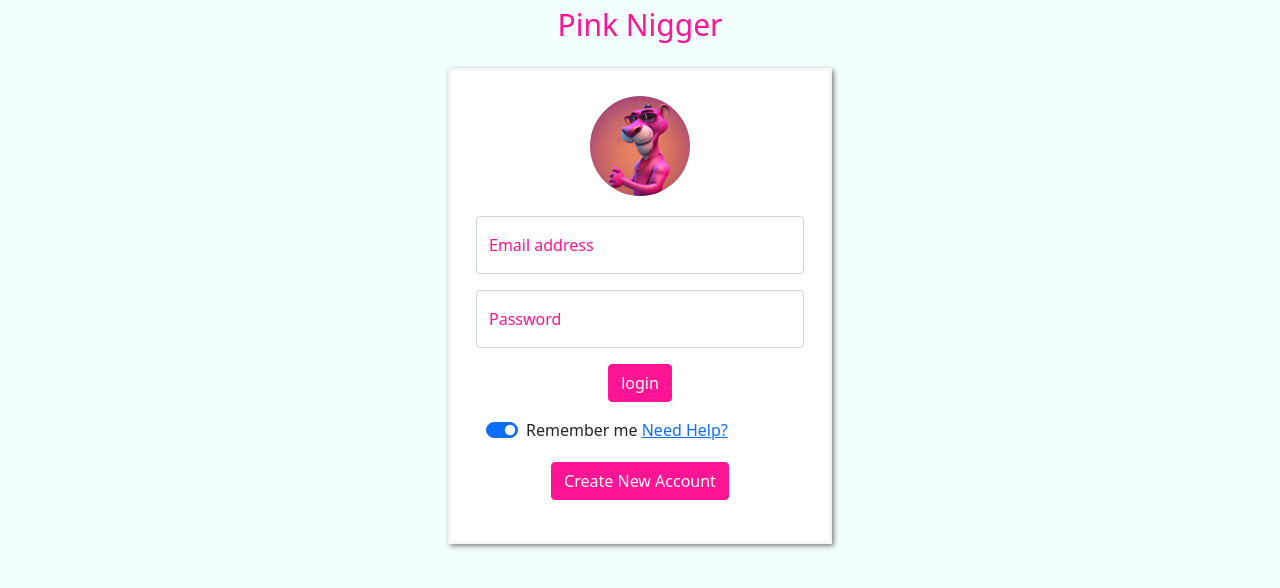
Repository: letscodeshivansh/MakeMyWork-MERN
Page: templates/Login.html
These files come from the project's save history. The page is drawn as it stood at one moment and after the next save; the edit follows.
The browser window is 1280 px wide. The pictures show the whole page.

Above is the page before, as saved 2024-05-31 01:26:15.

### templates/Login.html
<!doctype html>
<html lang="en">
  <head>
    <meta charset="utf-8">
    <meta name="viewport" content="width=device-width, initial-scale=1">

    <link href="https://cdn.jsdelivr.net/npm/bootstrap@5.0.2/dist/css/bootstrap.min.css" rel="stylesheet" integrity="sha384-EVSTQN3/azprG1Anm3QDgpJLIm9Nao0Yz1ztcQTwFspd3yD65VohhpuuCOmLASjC" crossorigin="anonymous">

    <link href="style2.css" rel="stylesheet">

    <title>Login Page</title>
  </head>
  <body>
    <div class="heading">
      <h1>Pink Nigger</h1>
    </div>

    <div>
      <form action="/login" method = "post">
        <div class="image">
          <img src="download.jpeg" alt = "LOGO">
        </div>
        <div class="form-floating mb-3">
          <input type="email" class="form-control" name="floatingInput" placeholder="name@example.com">
          <label for="floatingInput">Email address</label>
        </div>
        <div class="form-floating mb-3">
          <input type="password" class="form-control" name="floatingPassword" placeholder="Password">
          <label for="floatingPassword">Password</label>
        </div>
        <div class="submit mb-3">
          <button type="button" class="btn btn-primary">login</button>
        </div>
        <div class="form-check form-switch ml-30">
          <input class="form-check-input" type="checkbox" id="flexSwitchCheckChecked" checked>
          <label class="form-check-label" for="flexSwitchCheckChecked">Remember me <a href="#">Need Help?</a></label>
        </div>
        <div class="submit mb-3 td mt-20">
            <button type="button" class="btn btn-primary"><a href="signup.html">Create New Account</a></button>
          </div>
      </form>
    </div>


    <!-- <div class="container-fluid">
      <div class="row">
        In BOOTSTRAP , We need to put columns in row to make inner HTML align and display properly . -->
        <!-- <div class="col-3">col 1</div>
        <div class="col-3">col 2</div>
        <div class="col-3">col 3</div>
        <div class="col-3">col 4</div>
      </div>
    </div> -->


    <script src="https://cdn.jsdelivr.net/npm/@popperjs/core@2.9.2/dist/umd/popper.min.js" integrity="sha384-IQsoLXl5PILFhosVNubq5LC7Qb9DXgDA9i+tQ8Zj3iwWAwPtgFTxbJ8NT4GN1R8p" crossorigin="anonymous"></script>
    <script src="https://cdn.jsdelivr.net/npm/bootstrap@5.0.2/dist/js/bootstrap.min.js" integrity="sha384-cVKIPhGWiC2Al4u+LWgxfKTRIcfu0JTxR+EQDz/bgldoEyl4H0zUF0QKbrJ0EcQF" crossorigin="anonymous"></script>
  </body>
</html>

### templates/style2.css
body{
    background-color: rgba(240, 255, 255, 0.784);
}
.heading{
    text-align: center;
    padding-top: 10px;
    padding-bottom: 20px;
}
.heading h1{
    line-height: 30px;
    font-size: 30px;
    color: deeppink;
}
form{
    background-color: white;
    padding: 25px 5px;
    margin: auto;
    max-width: 30%;
    border: 3px solid whitesmoke;
    box-shadow: 2px 2px 5px rgba(0,0,0,0.5);
}
.image{
    display: flex;
    justify-content: center;
    margin-bottom: 20px;
}
.image img{
    border-radius: 50%;
    width: 100px;
    height: 100px;
}
.form-floating{
    margin-left: 20px;
    margin-right: 20px;
    color: deeppink;
}
.container-fluid{
    height: 80px;
    margin-top: 30px;
    background-color: blue;
}
.row{
    background-color: rgb(255, 0, 0);
    height: 70px;
}
[class*="col-"]{/*This is a attribute which applies to all classes that starts with "col-" */
    background-color: rgb(0, 255, 0);
    height: 50px;
    text-align: center;
}
.submit{
    display: flex;
    justify-content: center;
}
.btn-primary{
    background-color: deeppink;
    border-color:deeppink;
}
.btn-primary:active{
    background-color: deeppink;
}
.btn-primary:hover{
    background-color: deeppink;
    box-shadow: 2px 2px 5px rgba(0,0,0,1);
}
.ml-30{
    margin-left: 30px;
}
.mt-20{
    margin-top: 20px;
}
.td button a{
    text-decoration: none;
    color: white;
}

After the next save:
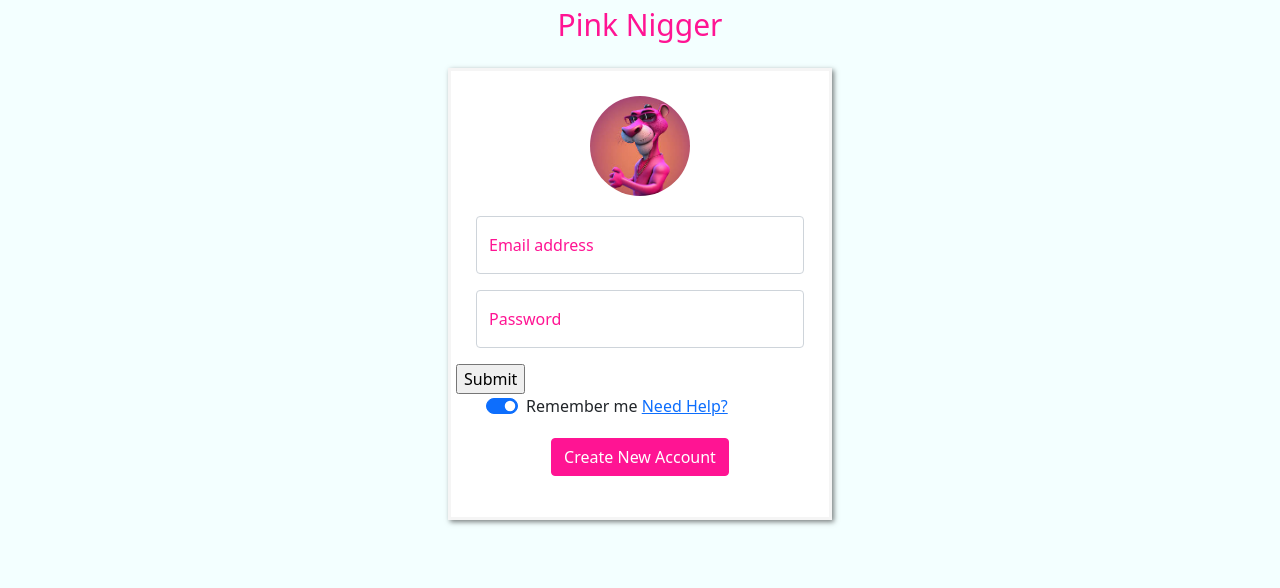
Saved 119 s later.
--- a/templates/Login.html
+++ b/templates/Login.html
@@ -28,9 +28,7 @@
           <input type="password" class="form-control" name="floatingPassword" placeholder="Password">
           <label for="floatingPassword">Password</label>
         </div>
-        <div class="submit mb-3">
-          <button type="button" class="btn btn-primary">login</button>
-        </div>
+        <input type="submit">
         <div class="form-check form-switch ml-30">
           <input class="form-check-input" type="checkbox" id="flexSwitchCheckChecked" checked>
           <label class="form-check-label" for="flexSwitchCheckChecked">Remember me <a href="#">Need Help?</a></label>
